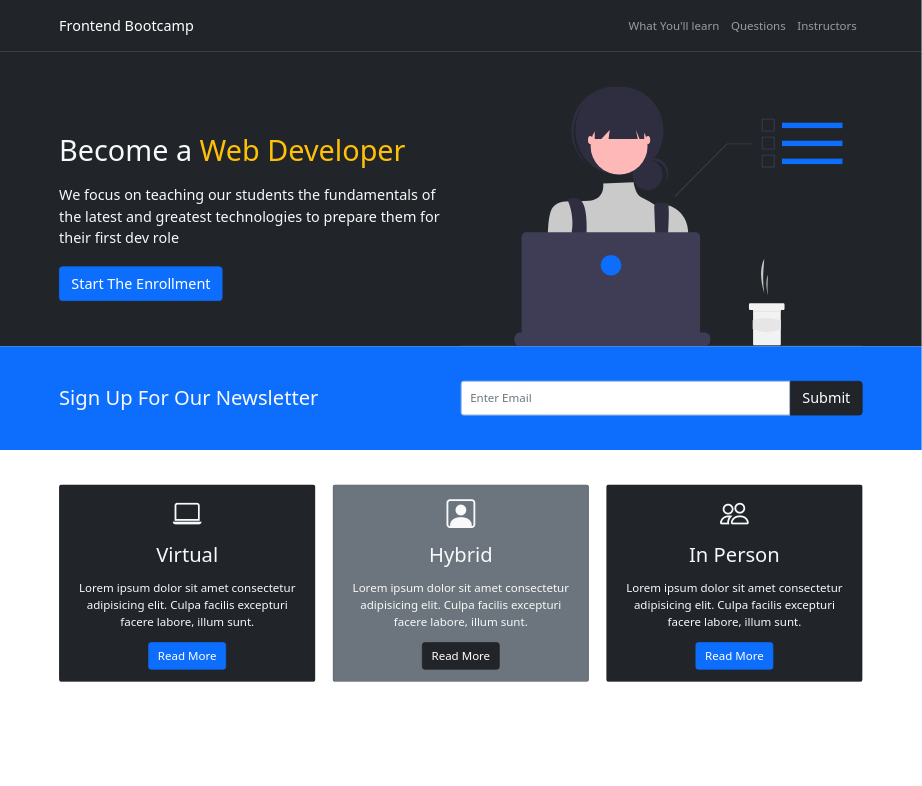
Repository: Marhamat92/Bootstrap5-Responsive-Website-
Page: index.html
The author's editor kept a copy of each file at every save. The page is drawn from the files as they stood at one save, then again after the next save.
The browser window is 1280 px wide. The pictures show the whole page, at 72% of full size.
Some web libraries are served in a nearby version.

Above is the page before, as saved 2021-09-18 17:36:28.

After the next save:
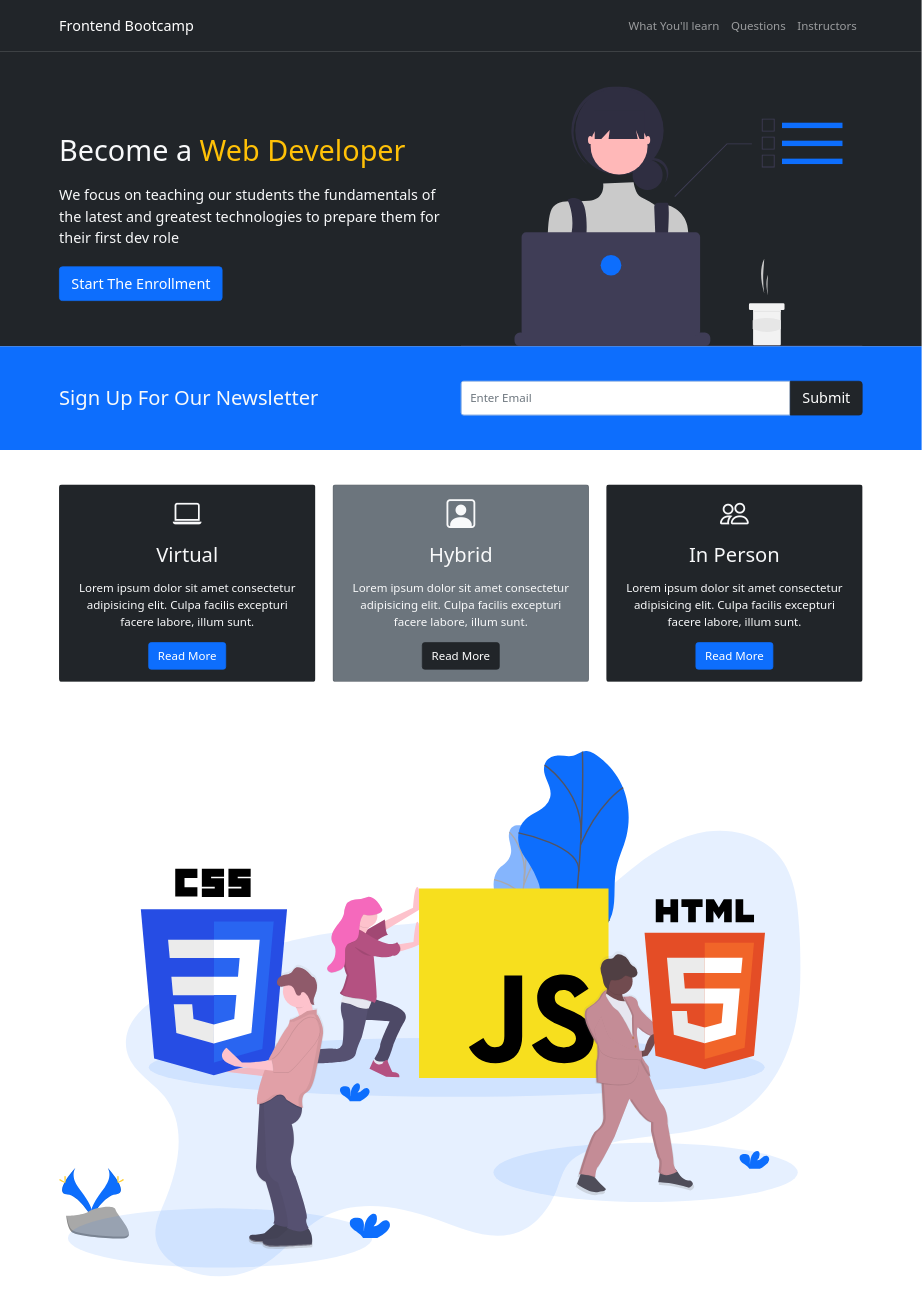
Saved 101 s later.
--- a/index.html
+++ b/index.html
@@ -120,7 +120,9 @@
 <section id="learn"class="p-5">
     <div class="container">
      <div class="row align-items-center justify-content-between">
-
+       <div class="col-md">
+           <img src="img/fundamentals.svg" class="img-fluid" alt="">
+       </div>
      </div>
     </div>
 </section>
